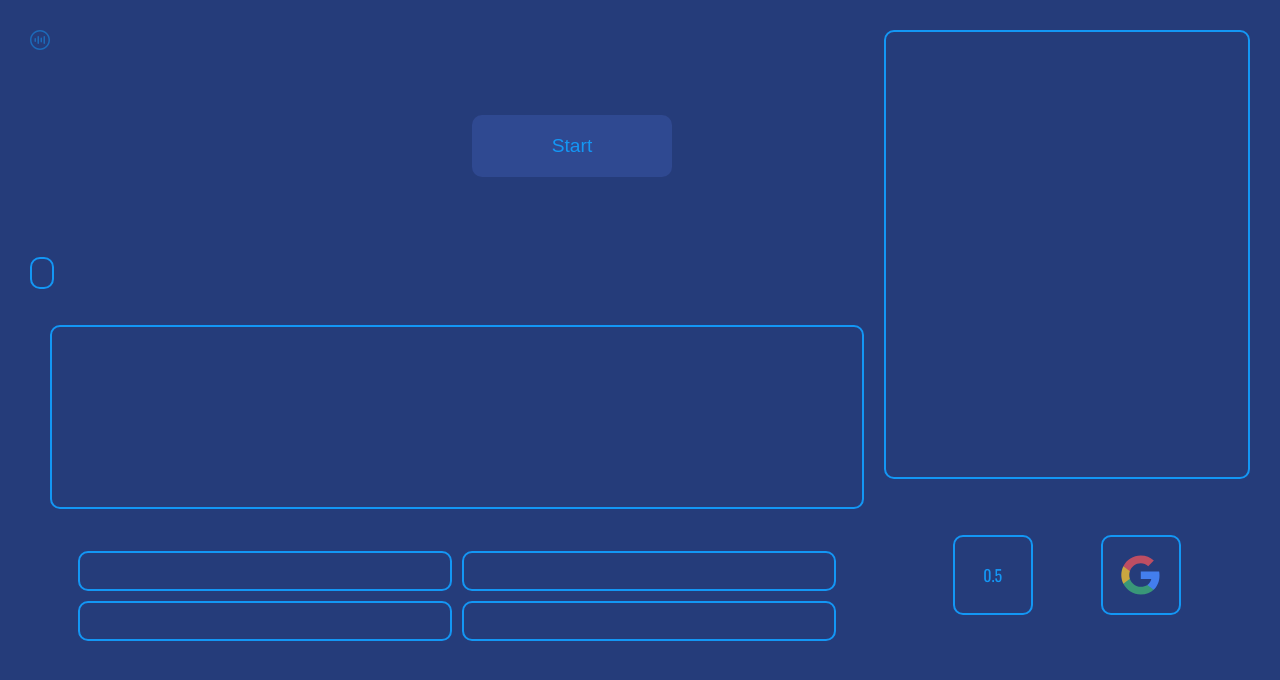
Repository: abdelrahmanahmed20021/Quiz-Platform
Page: index.html
These files come from the project's save history. The page is drawn as it stood at one moment and after the next save; the edit follows.
The browser window is 1280 px wide. The pictures show the whole page.

Above is the page before, as saved 2023-01-11 17:29:50.
Console error: TypeError: Cannot read properties of null (reading 'addEventListener')

### index.html
<!DOCTYPE html>
<html lang="en">

    <head>
        <!-- ======== Meta =========== -->
        <meta charset="UTF-8">
        <meta http-equiv="X-UA-Compatible" content="IE=edge">
        <meta name="viewport" content="width=device-width, initial-scale=1.0">
        <title>Question || Platform</title>
        <!-- ======== Links =========== -->
        <link rel="stylesheet" href="./styles/index.css">
        <link rel="stylesheet" href="./styles/responsive.css">
        <!-- ======== Links =========== -->
    </head>

    <body>
        <div id="poper_img"><img class="src_quesion_img" src="" alt=""></div>
        <section>
            <div class="audio_cotroll">
                <audio src="./assets/1.mp3" class="audio" loop></audio>
                <img src="./assets/play.svg" alt="">
                <img src="./assets/stop.svg" class="active" alt="">
            </div>
            <div class="container_1">
                <div class="start_btn flex">
                    <button class="description hidde_animate_btn">See Explanation</button>
                    <button id="start_quest" class="hover">Start</button>
                </div>
                <span class="quest_index border"></span>
                <div class="quest_content">
                    <div class="quset_cont flex border"></div>
                    <div class="box flex">
                        <div class="answers flex">
                            <span class="answer border hover" answer='a'></span>
                            <span class="answer border hover" answer='b'></span>
                            <span class="answer border hover" answer='c'></span>
                            <span class="answer border hover" answer='d'></span>
                        </div>
                    </div>
                </div>
            </div>

            <div class="container_2">
                <div class="quest_index_num border flex"></div>
                <div class="icons_helper flex">
                    <div class="remove_2 border flex hover">0.5</div>
                    <div class="google border hover flex"><img src="./assets/Google.svg" alt="" width="60px"></div>
                </div>
            </div>
        </section>
        <script type="module" src="./script/index.js"></script>
    </body>

</html>

### styles/index.css
/* ========= Import || Font ||  ========= */
@import url('https://fonts.googleapis.com/css2?family=Oswald:wght@200;300;400;500;600;700&display=swap');
/* ========= Import || Font ||  ========= */




/* ========= Set || Variables ||  ========= */
:root {
    --mainColor: #192a56;
    --primaryColor: #273c75;
    --lightColor: #00a8ff;
    --greenColor: #e1b12c;
    --redColor: #487eb0;
    --mainFont: 'Oswald', sans-serif;
    --mainPadding: 40px;
    --primaryPadding: 20px;
    --mainFontSize: 1.2rem;
    --primaryFontSize: .72rem;
    --mainFontWigth: 500;
    --primaryFontWigth: 700;
}

/* ========= Set || Variables ||  ========= */




/* ========= Golbal || Styles ||  ========= */
*>*,
*::after,
*::before {
    padding: 0;
    margin: 0;
    box-sizing: border-box;
    transition: all .5s ease-in-out;
    user-select: none;
    user-zoom: none;
    -webkit-user-drag: none;
}

body {
    background-color: var(--mainColor);
    font-family: var(--mainFont);
}

.flex {
    display: flex;
    align-items: center;
    justify-content: center;
}

.box {
    height: 50%;
}

.border {
    border: 2px solid var(--lightColor);
    border-radius: 10px;
}

.hover:hover {
    background-color: var(--lightColor) !important;
    color: var(--primaryColor) !important;
}

.hover_min_width:active {
    background-color: var(--lightColor) !important;
    color: var(--primaryColor) !important;
}

::-webkit-scrollbar {
    width: 5px;
}

::-webkit-scrollbar-thumb {
    background-color: var(--greenColor);
    border-radius: 10px;
}

/* ========= Golbal || Styles ||  ========= */



/* ========= Main || ElE || Styles ||  ========= */
body>section {
    display: flex;
    height: 100vh;
    padding: 30px;
}

body>section .container_1 {
    width: 70%;
    height: 100%;
}

body>section .container_2 {
    width: 30%;
    height: 100%;
    overflow: hidden;
}

body>section .container_1 .start_btn {
    height: 35%;
    gap: 30px;
}

/* ========= Main || ElE || Styles ||  ========= */

/* ========= Audio || Styles ||  ========= */

body>section>.audio_cotroll {
    position: relative;
}

body>section>.audio_cotroll img {
    top: 0;
    left: 0;
    cursor: pointer;
    position: absolute;
    width: 0;
    height: 0;
    opacity: 0;
}

body>section>.audio_cotroll .active {
    opacity: 1;
    z-index: 100;
    width: auto;
    height: auto;
}

/* ========= Audio || Styles ||  ========= */


/* ========= Container || One || Styles ||  ========= */
body>section .container_1 .start_btn button {
    padding: var(--primaryPadding);
    width: 200px;
    border: 0;
    outline: 0;
    border-radius: 10px;
    font-size: var(--mainFontSize);
    background-color: var(--primaryColor);
    color: var(--lightColor);
    cursor: pointer;
    font-weight: var(--mainFontWigth);
}
body>section .container_1 .start_btn button:hover{
    background-color: var(--lightColor);
    color: var(--mainColor);
}
body>section .container_1 .quest_content {
    height: 65%;
    padding: var(--mainPadding) var(--primaryPadding);
}

body>section .container_1 .quest_content .quset_cont {
    position: relative;
    height: 50%;
    font-size: var(--mainFontSize);
    color: var(--lightColor);
    background-color: transparent;
    padding: 90px;
    flex-wrap: wrap;
    justify-content: space-between;
    gap: 10px;
}
body > #poper_img{
    background-color: #466bdb46;
    position: fixed;
    top: 0;
    bottom: 0;
    left: 0;
    right: 0;
    z-index: 1000;
}
body>section .container_1 .quest_index {
    padding: 2px 10px;
    font-size: 16px;
    color: var(--lightColor);
}

body>section .container_1 .quest_content .answers {
    width: 100%;
    justify-content: center;
    flex-wrap: wrap;
}

body>section .container_1 .quest_content .answers span {
    width: 46%;
    margin: 5px;
    min-height: 40px;
    text-align: center;
    padding: 5px 0;
    cursor: pointer;
    color: var(--lightColor);
}


/* ========= Container || One || Styles ||  ========= */




/* ========= Container || Two || Styles ||  ========= */
body>section .container_2 .quest_index_num {
    justify-content: space-between;
    flex-direction: column-reverse;
    min-height: 68%;
    max-height: 68%;
    padding-bottom: 400px;
    margin-bottom: 30px;
    overflow: auto;
}


body>section .container_2 .quest_index_num p {
    display: block;
    width: 100%;
    text-align: center;
    color: var(--primaryColor);
}

body>section .container_2 .quest_index_num .correct_answer {
    background-color: transparent !important;
    color: var(--greenColor) !important;
}

body>section .container_2 .quest_index_num .falsey_answer {
    background-color: transparent !important;
    color: var(--primaryColor) !important;
}

body>section .container_2 .icons_helper {
    justify-content: space-evenly;
    height: 20%;
}

body>section .container_2 .icons_helper .remove_2 {
    width: 80px;
    height: 80px;
    cursor: pointer;
    color: var(--lightColor);
}

body>section .container_2 .icons_helper .google {
    cursor: pointer;
    width: 80px;
    height: 80px;
}

/* ========= Container || Two || Styles ||  ========= */

/* ========= Actives || Class || Styles ||  ========= */
.active_point_quest {
    color: var(--lightColor) !important;
    font-weight: var(--primaryFontWigth);
    font-size: var(--mainFontSize);
}

.falsey_answer {
    background-color: var(--redColor) !important;
    color: var(--lightColor) !important;
}
.falsey_answer_p{
    color: red !important;
}
.correct_answer {
    background-color: var(--greenColor) !important;
    color: var(--lightColor) !important;
}

.hidde_animate_btn {
    transform: scale(0);
    width: 0;
}

/* ========= Actives || Class || Styles ||  ========= */

### styles/responsive.css
/* ===========  Tablets || Sizes  =============== */
/* =============== Sm ================ */
@media screen and (min-width:360px) and (max-width:960px) {
    :root {
        --mainPadding: 20px;
        --primaryPadding: 10px;
        --mainFontSize: 1rem;
        --mainFontWigth: 400;
        --primaryFontWigth: 500;
    }

    body>section {
        flex-direction: column;
        padding: 20px 10px;
    }

    body>section .container_1 {
        width: 100%;
        height: 70%;

    }

    body>section .container_1 .start_btn {
        height: 20%;
    }

    body>section .container_2 {
        width: 100%;
        height: 30%;
    }

    body>section .container_2 .quest_index_num {
        min-height: 58%;
        max-height: 58%;
        padding-bottom: 0;
        padding-left: 400px;
    }

    body>section .container_2 .icons_helper {
        justify-content: space-between;
    }

    body>section .container_1 .quest_content .quset_cont {
        padding: 40px;
    }

    body>section .container_1 .quest_content .answers span {
        font-size: var(--primaryFontSize);
        font-weight: var(--primaryFontWigth);
    }

    body>section .container_2 .icons_helper .remove_2 {
        width: 60px;
        height: 60px;
    }

    body>section .container_2 .icons_helper .google {
        width: 60px;
        height: 60px;
    }

}

/* =============== Sm ================ */
/* ===========  Tablets || Sizes  =============== */

### script/index.js
import { data } from './../auth/data.js';
//============= Set || Nodes || ==================>
const audio = document.querySelector('.audio');
const start_quest = document.querySelector('#start_quest');
const quset_cont = document.querySelector('.quset_cont');
const quest_index = document.querySelector('.quest_index');
const answer = document.querySelector('.answers');
const quest_index_num = document.querySelector('.quest_index_num');
const remove_2 = document.querySelector('.remove_2');
const google = document.querySelector('.google');
const answers = document.querySelectorAll('.answer');
const audio_cotroll_img = document.querySelectorAll('.audio_cotroll img');
const description = document.querySelector(".description");
const src_quesion_img = document.querySelector(".src_quesion_img");
const poper_img = document.querySelector("#poper_img");
const poper_img_head = document.querySelector("#poper_img h1");
const poper_deleter = document.querySelector(".poper_deleter");
const black_btn = document.querySelector(".black-btn");
const poper_appender = document.querySelector(".poper_appender");
const black_wolf = document.querySelector(".black-wolf");
const quest_index_answer = document.querySelector(".quest_index_answer");
const sec_screen = document.querySelector(".sec_screen");
const full_screen = document.querySelector(".full_screen");
let start = 0;
let answer_data;
let right_answers = 0;
let unRight_answers = 0;
//============= Set || Nodes || ==================>
//======= Set || classes || =======>
class DrawUi {
    constructor(data, index) {
        this.data = data;
        this.index = index;
        this.state = true;
    }
    //======= Draw || All ||  Content || Ui =======>
    draw() {
        if (this.data != undefined && this.index != undefined) {
            this.stop_Quiz(this.data);
            if (this.state) {
                this.draw_Quest(this.data);
                this.draw_Quest_line(this.data);
            }
        }
        else {
            console.warn('please Enter data src and index of start');
        }
    }
    //======= Draw || All ||  Content || Ui =======>
    //======= Draw || Questions || Answers =======>
    draw_Quest(values) {
        let recust = ['a', 'b', 'c', 'd'];
        quset_cont.innerHTML = `<p>${values[this.index].quest}</p>`;
        src_quesion_img.src = `${values[this.index].img}`;
        if (values[this.index].img != "") {
            poper_img_head.innerText = "";
        }
        else {
            poper_img_head.innerText = "No Image At This Question";
        }
        answers.forEach((ele, index) => {
            ele.innerText = values[this.index][recust[index]];
        });
        quest_index.innerText = `Question : ${this.index + 1}`;
        quest_index_answer.innerText = `SCORE : ${right_answers} / ${values.length}`;
    }
    //======= Draw || Questions || Answers =======>
    //======= Draw || Questions || Lines =======>
    draw_Quest_line(values) {
        const quest_index_num_elements = quest_index_num.children;
        if (quest_index_num_elements.length == 0) {
            values.forEach((ele, index) => {
                quest_index_num.innerHTML += `<p>Q.${index + 1}</p>`;
            });
        }
        Array.from(quest_index_num_elements).forEach(ele => {
            ele.classList.remove('active_point_quest');
        });
        quest_index_num_elements[this.index].classList.add('active_point_quest');
    }
    //======= Draw || Questions || Lines =======>
    //======= Check || Index || Stop "Quiz" =======>
    stop_Quiz(values) {
        if (this.index > values.length - 1) {
            this.state = false;
        }
    }
}
class Checker {
    constructor() {
        this.darwer = new DrawUi(data, start);
        this.quest_index_num = quest_index_num.children;
    }
    //======= Check || All ||  Content || Answers =======>
    main_checker(ele) {
        this.answer_check(this.darwer.data);
        this.line_check(this.darwer.data, ele);
        this.Repeat(this.darwer.data);
    }
    //======= Check || All ||  Content || Answers =======>
    //======= Set|| All ||  Content || Answers =======>
    set_answers(data, state, statement) {
        if (state) {
            answers.forEach(ele => {
                if (ele.getAttribute('answer') != data[this.darwer.index].answer) {
                    ele.classList.add('falsey_answer');
                }
                else {
                    ele.classList.add('correct_answer');
                }
                if (statement) {
                    setTimeout(() => {
                        ele.classList.remove('falsey_answer');
                        ele.classList.remove('correct_answer');
                    }, 1200);
                }
            });
        }
    }
    //======= Set|| All ||  Content || Answers =======>
    //======= Set || All ||  Styles || Answers =======>
    answer_check(data) {
        if (this.darwer.index < data.length && this.darwer.index != data.length - 1) {
            this.set_answers(data, true, true);
        }
        else {
            this.set_answers(data, true, false);
        }
        setTimeout(() => {
            this.darwer.draw();
        }, 1200);
    }
    //======= Set || All ||  Styles || Answers =======>
    //======= Set || All ||  Styles || Answers || Lines =======>
    line_check(data, ele) {
        if (this.darwer.index < data.length) {
            if (ele.getAttribute('answer') == data[this.darwer.index].answer) {
                this.quest_index_num[this.darwer.index].classList.add('correct_answer');
                this.darwer.index++;
                right_answers++;
            }
            else {
                this.quest_index_num[this.darwer.index].classList.add('falsey_answer_p');
                this.darwer.index++;
                unRight_answers++;
            }
        }
    }
    //======= Set || All ||  Styles || Answers || Lines =======>
    //======= Reapet_Quiz || =======>
    Repeat(data) {
        if (this.darwer.index == data.length) {
            start_quest.classList.remove('hidde_animate_btn');
            description === null || description === void 0 ? void 0 : description.classList.remove("description_hidde");
            start_quest.innerText = 'Repeat';
            start_quest.addEventListener('click', () => {
                location.reload();
            });
        }
    }
}
class Delet {
    constructor(ele, data, index) {
        this.ele = ele;
        this.data = data;
        this.index = index;
    }
    swper() {
        if (this.ele.innerText == '0.5') {
            this.get_data();
        }
        else {
            window.open('https://google.com/');
        }
    }
    get_data() {
        this.delete(data);
    }
    delete(data) {
        if (quset_cont.innerText != '') {
            let falsey_data = [];
            Array.from(answers).filter((ele, index) => {
                if (ele.getAttribute('answer') != data[this.index].answer) {
                    falsey_data.push(index);
                }
            });
            answers[falsey_data[0]].innerText = '';
            answers[falsey_data[1]].innerText = '';
        }
    }
}
//======= Set || classes || =======>
//======= Start || Quiz || App =======>
start_quest.addEventListener('click', start_app);
function start_app(e) {
    if (sec_screen.requestFullscreen) {
        sec_screen.requestFullscreen();
        full_screen.innerText = "Close the full page Mode";
    }
    //======= Audio || Controls =======>
    audio.play();
    audio_cotroll_img[1].classList.remove('active');
    audio_cotroll_img[0].classList.add('active');
    //======= Audio || Controls =======>
    //======= Draw || Ui || Class =======>
    const play = new DrawUi(data, start);
    play.draw();
    //======= Draw || Ui || Class =======>
    //======= Checker || In || Chossen =======>
    const chek = new Checker();
    answers.forEach(ele => {
        ele.addEventListener('click', (e) => {
            chek.main_checker(e.target);
            quest_index_num.scrollTop = -45 * (unRight_answers + right_answers);
        });
    });
    //======= Checker || In || Chossen =======>
    //======= Delet || Button || And Event =======>
    e.target.classList.add("hidde_animate_btn");
    e.target.removeEventListener('click', start_app);
    //======= Delet || Button || And Event =======>
    //======= Remove || Two || Answers =======>
    remove_2.addEventListener("click", (e) => {
        const deleter = new Delet(e.target, chek.darwer.data, chek.darwer.index);
        deleter.swper();
    });
    //======= Remove || Two || Answers =======>
    //===== Simple || Animate ========>
    quest_index_num.style.padding = '0';
}
//======= Start || Quiz || App =======>
//======= Audio || Controller || App =======>
audio_cotroll_img.forEach(ele => {
    ele.addEventListener('click', () => {
        if (audio.paused) {
            audio_cotroll_img[1].classList.remove('active');
            audio_cotroll_img[0].classList.add('active');
            audio.play();
        }
        else if (!audio.paused) {
            audio_cotroll_img[1].classList.add('active');
            audio_cotroll_img[0].classList.remove('active');
            audio.pause();
        }
    });
});
//======= Audio || Controller || App =======>
//========= Handel  || Hover  || Effect  || in  || Small  || Deveices ||  ============>
window.addEventListener('resize', () => {
    if (window.innerWidth < 961) {
        const hover = document.querySelectorAll('.hover');
        hover.forEach(ele => {
            ele.classList.add('hover_2');
            ele.classList.remove('hover');
        });
        console.warn('resized to small delet hover');
    }
    else {
        const hover_2 = document.querySelectorAll('.hover_2');
        hover_2.forEach(ele => {
            ele.classList.add('hover');
            ele.classList.remove('hover_2');
        });
        console.warn('resized to Big add hover');
    }
});
//========= Handel  || Hover  || Effect  || in  || Small  || Deveices ||  ============>
poper_deleter === null || poper_deleter === void 0 ? void 0 : poper_deleter.addEventListener("click", () => {
    poper_img.classList.add("hide_poper");
    if (sec_screen.requestFullscreen) {
        sec_screen.requestFullscreen();
    }
});
poper_appender === null || poper_appender === void 0 ? void 0 : poper_appender.addEventListener("click", () => {
    poper_img.classList.remove("hide_poper");
    // if(document.exitFullscreen) {
    //     document.exitFullscreen();
    //   }
});
description === null || description === void 0 ? void 0 : description.addEventListener("click", () => {
    window.location.href = "info.html";
});
black_btn.addEventListener("click", () => {
    black_wolf.style.display = "none";
});
full_screen.addEventListener("click", () => {
    if (full_screen.innerText == "Close the full page Mode") {
        if (document.exitFullscreen) {
            document.exitFullscreen();
            full_screen.innerText = "Active the full page Mode";
        }
    }
    else {
        if (sec_screen.requestFullscreen) {
            sec_screen.requestFullscreen();
            full_screen.innerText = "Close the full page Mode";
        }
    }
});

Loaded but not shown: auth/data.js (318 lines, source omitted)

After the next save:
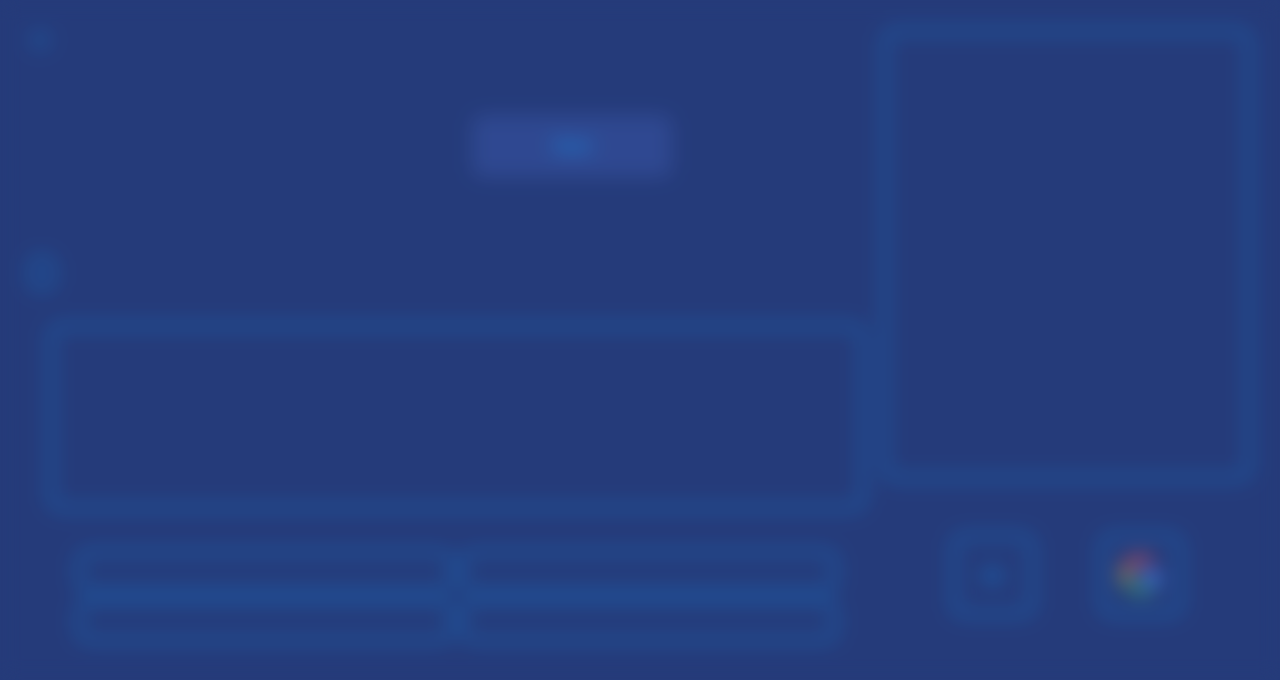
Saved 10 s later.
--- a/styles/index.css
+++ b/styles/index.css
@@ -168,6 +168,7 @@ body>section .container_1 .quest_content .quset_cont {
 }
 body > #poper_img{
     background-color: #466bdb46;
+    backdrop-filter: blur(10px);
     position: fixed;
     top: 0;
     bottom: 0;
